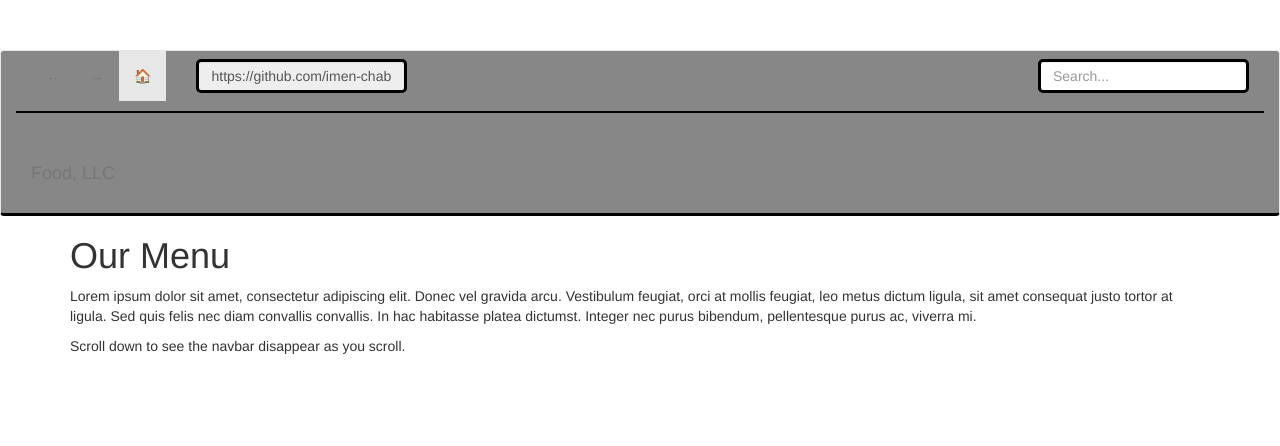
Repository: imen-chabchoub/coursera-test1
Page: mod3-solution/index.html
An editor plug-in stored every save of this project. The page is shown before and after the next save, followed by the edit.
The browser window is 1280 px wide. The pictures show the whole page.

Above is the page before, as saved 2025-02-12 14:40:46.

### mod3-solution/index.html
<!DOCTYPE html>
<html lang="en">
<head>
    <meta charset="UTF-8">
    <meta name="viewport" content="width=device-width, initial-scale=1.0">
    <title>Food, LLC</title>
    <link rel="stylesheet" href="https://maxcdn.bootstrapcdn.com/bootstrap/3.3.7/css/bootstrap.min.css">
    <link rel="stylesheet" href="css/style.css">
</head>
<body>
    <!-- Navbar -->
    <nav class="navbar navbar-default">
        <div class="container-fluid">
            <!-- Brand and toggle get grouped for better mobile display -->
            <div class="navbar-header">
                <button type="button" class="navbar-toggle collapsed" data-toggle="collapse" data-target="#navbar-collapse">
                    <span class="sr-only">Toggle navigation</span>
                    <span class="icon-bar"></span>
                    <span class="icon-bar"></span>
                    <span class="icon-bar"></span>
                </button>
            </div>

            <!-- Collect the nav links, forms, and other content for toggling -->
            <div class="collapse navbar-collapse" id="navbar-collapse">
                <ul class="nav navbar-nav">
                    <li><a href="#" class="nav-back">←</a></li>
                    <li><a href="#" class="nav-forward">→</a></li>
                    <li class="active"><a href="#" class="nav-home">🏠</a></li>
                </ul>
                <div class="navbar-form navbar-left">
                    <input type="text" class="form-control nav-url" value="https://github.com/imen-chabchoub/coursera-test/tree/module2-solution" readonly>
                </div>
                <div class="navbar-form navbar-right">
                    <input type="text" class="form-control search" placeholder="Search...">
                </div>
            </div><!-- /.navbar-collapse -->
            <div class="navbar-divider"></div>
            <div class="navbar-text text-center">
                <a class="navbar-brand" href="#">Food, LLC</a>
            </div>
        </div><!-- /.container-fluid -->
    </nav>

    <!-- Content -->
    <div class="container">
        <h1>Our Menu</h1>
        <p>Lorem ipsum dolor sit amet, consectetur adipiscing elit. Donec vel gravida arcu. Vestibulum feugiat, orci at mollis feugiat, leo metus dictum ligula, sit amet consequat justo tortor at ligula. Sed quis felis nec diam convallis convallis. In hac habitasse platea dictumst. Integer nec purus bibendum, pellentesque purus ac, viverra mi.</p>
        <p>Scroll down to see the navbar disappear as you scroll.</p>
    </div>

    <script src="https://ajax.googleapis.com/ajax/libs/jquery/1.12.4/jquery.min.js"></script>
    <script src="https://maxcdn.bootstrapcdn.com/bootstrap/3.3.7/js/bootstrap.min.js"></script>
</body>
</html>

### mod3-solution/css/style.css
body {
    padding-top: 50px; /* Ensure the content does not overlap the navbar */
}

.navbar {
    margin-bottom: 0;
    background-color: #878787;
    border-bottom: black solid;
}

.navbar-divider {
    border-top: 2px solid black;
    margin-top: 10px;
    margin-bottom: 10px;
}

.navbar-text {
    text-align: center;
    width: 100%;
    padding-top: 10px;
}

.nav-url {
    width: 40%;
    margin: 0 15px;
    border: black solid;
    border-radius: 5px;
    font-size: 14px;
    background-color: #f0f0f0;
}

.search {
    width: 150px;
    border: black solid;
    border-radius: 5px;
}

After the next save:
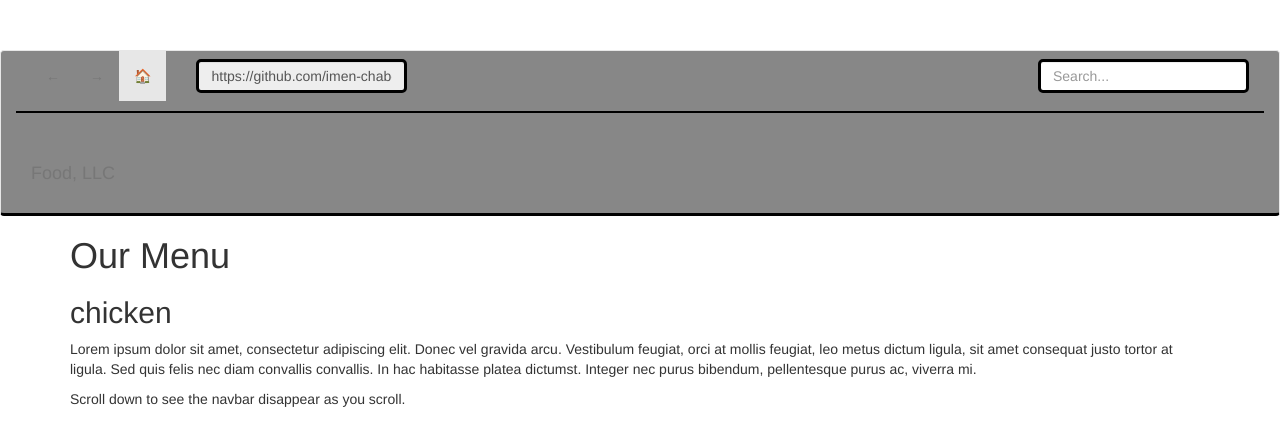
Saved 4 min 31 s later.
--- a/mod3-solution/index.html
+++ b/mod3-solution/index.html
@@ -45,6 +45,7 @@
     <!-- Content -->
     <div class="container">
         <h1>Our Menu</h1>
+        <h2>chicken</h2>
         <p>Lorem ipsum dolor sit amet, consectetur adipiscing elit. Donec vel gravida arcu. Vestibulum feugiat, orci at mollis feugiat, leo metus dictum ligula, sit amet consequat justo tortor at ligula. Sed quis felis nec diam convallis convallis. In hac habitasse platea dictumst. Integer nec purus bibendum, pellentesque purus ac, viverra mi.</p>
         <p>Scroll down to see the navbar disappear as you scroll.</p>
     </div>
